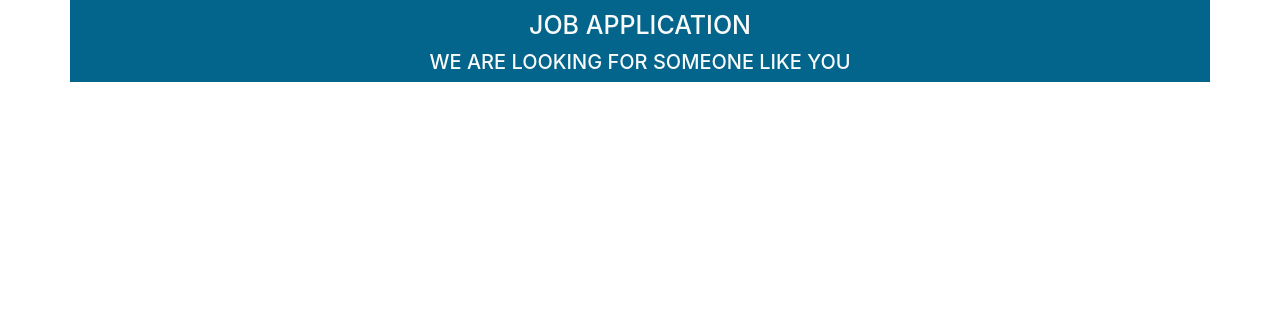
Repository: jenny241093/JS-Core
Page: 03.JSApplications/06.JSForFrontEndEx/skeleton/index.html
These files come from the project's save history. The page is drawn as it stood at one moment and after the next save; the edit follows.
The browser window is 1280 px wide. The pictures show the whole page.
Some web libraries are served in a nearby version.

Above is the page before, as saved 2019-04-01 15:10:31.

### 03.JSApplications/06.JSForFrontEndEx/skeleton/index.html
<!DOCTYPE html>
<html lang="en">

<head>
    <title>Bootstrap Example</title>
    <meta charset="utf-8">
    <meta name="viewport" content="width=device-width, initial-scale=1">
    <link rel="stylesheet" href="https://maxcdn.bootstrapcdn.com/bootstrap/3.4.0/css/bootstrap.min.css">
    <script src="https://ajax.googleapis.com/ajax/libs/jquery/3.3.1/jquery.min.js"></script>
    <script src="https://maxcdn.bootstrapcdn.com/bootstrap/3.4.0/js/bootstrap.min.js"></script>
</head>

<body>
    <link href="//maxcdn.bootstrapcdn.com/bootstrap/4.0.0/css/bootstrap.min.css" rel="stylesheet" id="bootstrap-css">
    <script src="//maxcdn.bootstrapcdn.com/bootstrap/4.0.0/js/bootstrap.min.js"></script>
    <script src="//cdnjs.cloudflare.com/ajax/libs/jquery/3.2.1/jquery.min.js"></script>
    <!------ Include the above in your HEAD tag ---------->

    <link rel="stylesheet" href="https://use.fontawesome.com/releases/v5.0.8/css/all.css">


    <div class="container" style="background-color:rgb(3, 101, 139)">
        <h1 class="card-title mt-3 text-center" style="color:rgb(249, 250, 250)">JOB APPLICATION</h1>
        <h2 class="card-title mt-3 text-center" style="color:rgb(249, 250, 250)">WE ARE LOOKING FOR SOMEONE LIKE YOU</h2>

        <!-- card.// -->

    </div>
    <!--container end.//-->

</body>

</html>

After the next save:
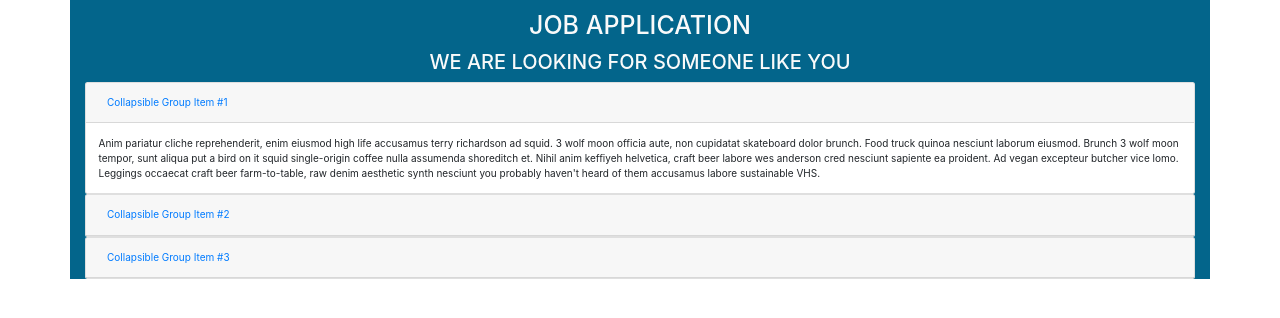
Saved 9 s later.
--- a/03.JSApplications/06.JSForFrontEndEx/skeleton/index.html
+++ b/03.JSApplications/06.JSForFrontEndEx/skeleton/index.html
@@ -23,8 +23,57 @@
         <h1 class="card-title mt-3 text-center" style="color:rgb(249, 250, 250)">JOB APPLICATION</h1>
         <h2 class="card-title mt-3 text-center" style="color:rgb(249, 250, 250)">WE ARE LOOKING FOR SOMEONE LIKE YOU</h2>
 
-        <!-- card.// -->
+        <div class="accordion" id="accordionExample">
+            <div class="card">
+                <div class="card-header" id="headingOne">
+                    <h5 class="mb-0">
+                        <button class="btn btn-link" type="button" data-toggle="collapse" data-target="#collapseOne" aria-expanded="true" aria-controls="collapseOne">
+                    Collapsible Group Item #1
+                  </button>
+                    </h5>
+                </div>
 
+                <div id="collapseOne" class="collapse show" aria-labelledby="headingOne" data-parent="#accordionExample">
+                    <div class="card-body">
+                        Anim pariatur cliche reprehenderit, enim eiusmod high life accusamus terry richardson ad squid. 3 wolf moon officia aute, non cupidatat skateboard dolor brunch. Food truck quinoa nesciunt laborum eiusmod. Brunch 3 wolf moon tempor, sunt aliqua put a bird
+                        on it squid single-origin coffee nulla assumenda shoreditch et. Nihil anim keffiyeh helvetica, craft beer labore wes anderson cred nesciunt sapiente ea proident. Ad vegan excepteur butcher vice lomo. Leggings occaecat craft beer
+                        farm-to-table, raw denim aesthetic synth nesciunt you probably haven't heard of them accusamus labore sustainable VHS.
+                    </div>
+                </div>
+            </div>
+            <div class="card">
+                <div class="card-header" id="headingTwo">
+                    <h5 class="mb-0">
+                        <button class="btn btn-link collapsed" type="button" data-toggle="collapse" data-target="#collapseTwo" aria-expanded="false" aria-controls="collapseTwo">
+                    Collapsible Group Item #2
+                  </button>
+                    </h5>
+                </div>
+                <div id="collapseTwo" class="collapse" aria-labelledby="headingTwo" data-parent="#accordionExample">
+                    <div class="card-body">
+                        Anim pariatur cliche reprehenderit, enim eiusmod high life accusamus terry richardson ad squid. 3 wolf moon officia aute, non cupidatat skateboard dolor brunch. Food truck quinoa nesciunt laborum eiusmod. Brunch 3 wolf moon tempor, sunt aliqua put a bird
+                        on it squid single-origin coffee nulla assumenda shoreditch et. Nihil anim keffiyeh helvetica, craft beer labore wes anderson cred nesciunt sapiente ea proident. Ad vegan excepteur butcher vice lomo. Leggings occaecat craft beer
+                        farm-to-table, raw denim aesthetic synth nesciunt you probably haven't heard of them accusamus labore sustainable VHS.
+                    </div>
+                </div>
+            </div>
+            <div class="card">
+                <div class="card-header" id="headingThree">
+                    <h5 class="mb-0">
+                        <button class="btn btn-link collapsed" type="button" data-toggle="collapse" data-target="#collapseThree" aria-expanded="false" aria-controls="collapseThree">
+                    Collapsible Group Item #3
+                  </button>
+                    </h5>
+                </div>
+                <div id="collapseThree" class="collapse" aria-labelledby="headingThree" data-parent="#accordionExample">
+                    <div class="card-body">
+                        Anim pariatur cliche reprehenderit, enim eiusmod high life accusamus terry richardson ad squid. 3 wolf moon officia aute, non cupidatat skateboard dolor brunch. Food truck quinoa nesciunt laborum eiusmod. Brunch 3 wolf moon tempor, sunt aliqua put a bird
+                        on it squid single-origin coffee nulla assumenda shoreditch et. Nihil anim keffiyeh helvetica, craft beer labore wes anderson cred nesciunt sapiente ea proident. Ad vegan excepteur butcher vice lomo. Leggings occaecat craft beer
+                        farm-to-table, raw denim aesthetic synth nesciunt you probably haven't heard of them accusamus labore sustainable VHS.
+                    </div>
+                </div>
+            </div>
+        </div>
     </div>
     <!--container end.//-->
 
